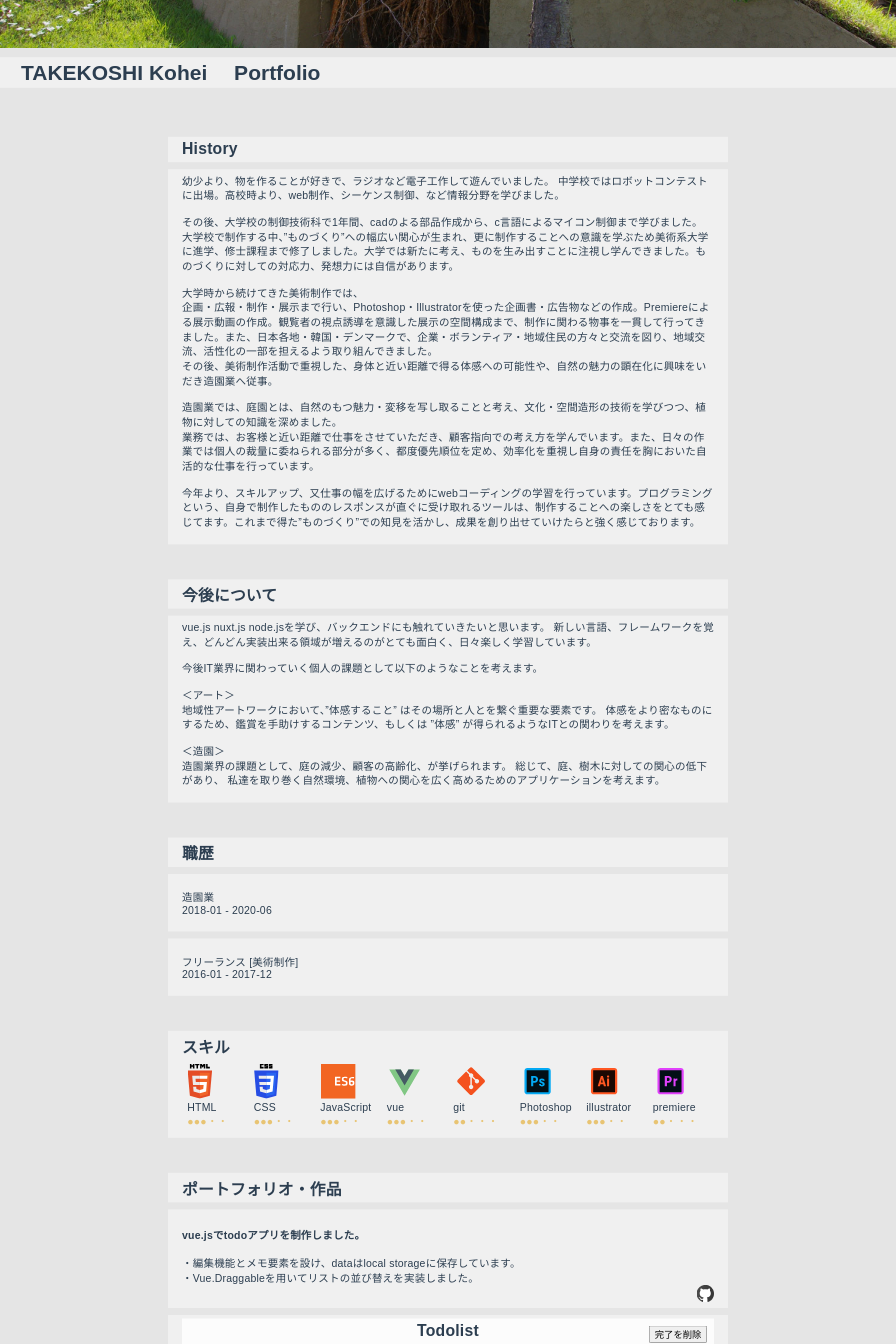
Repository: takeco/my-portfolio
Page: /
An editor plug-in stored every save of this project. The page is shown before and after the next save, followed by the edit.
The browser window is 1280 px wide. The pictures show the part of the page from y = 332 to 2252 px (the page is 3844 px tall before and 3861 px after), at 70% of full size.
The project was rebuilt for these pictures with package versions that can differ from the ones it lists, and the page was loaded fresh each time.

Above is the page before, as saved 2020-08-25 16:42:59.

### public/index.html
<!DOCTYPE html>
<html lang="jp">
  <head>
    <meta charset="utf-8" />
    <meta http-equiv="X-UA-Compatible" content="IE=edge" />
    <meta name="viewport" content="width=device-width,initial-scale=1.0" />
    <meta name="robots" content="noindex" />
    <link rel="icon" href="<%= BASE_URL %>favicon.ico" />
    <title><%= htmlWebpackPlugin.options.title %></title>
  </head>
  <body>
    <noscript>
      <strong
        >We're sorry but <%= htmlWebpackPlugin.options.title %> doesn't work
        properly without JavaScript enabled. Please enable it to
        continue.</strong
      >
    </noscript>
    <div id="app"></div>

    <!-- built files will be auto injected -->
  </body>
  <style></style>
</html>

### src/App.vue
<template>
  <div :class="$style.app">
    <MainContents></MainContents>
  </div>
</template>

<script>
import MainContents from "./components/MainContents";

export default {
  name: "App",
  components: {
    MainContents
  }
};
</script>

<style module>
.app {
  font-family: "游ゴシック体", YuGothic, "游ゴシック Medium", "Yu Gothic Medium",
    "游ゴシック", "Yu Gothic", "メイリオ", sans-serif;
  -webkit-font-smoothing: antialiased;
  -moz-osx-font-smoothing: grayscale;
  color: #2c3e50;
  background-color: #e5e5e5;
}
</style>

### src/components/MainContents.vue
<template>
  <div :class="$style.body">
    <nav>
      <!-- <ul>
        <li>
          <p>home</p>
        </li>
        <li>
          <p>History</p>
        </li>
        <li>
          <p></p>
        </li>
        <li>
          <p></p>
        </li>
        <li>
          <p></p>
        </li>
      </ul>-->
    </nav>
    <div>
      <img src="../../public/img/nirasaki-12.jpg" alt="artWorkPhoto" />
      <h1>
        <span>TAKEKOSHI Kohei</span>
        Portfolio
      </h1>
    </div>
    <section>
      <ul>
        <li>
          <h2>History</h2>
          <p>
            幼少より、物を作ることが好きで、ラジオなど電子工作して遊んでいました。
            中学校ではロボットコンテストに出場。高校時より、web制作、シーケンス制御、など情報分野を学びました。
            <br />
            <br />その後、大学校の制御技術科で1年間、cadのよる部品作成から、c言語によるマイコン制御まで学びました。
            <br />大学校で制作する中、”ものづくり”への幅広い関心が生まれ、更に制作することへの意識を学ぶため美術系大学に進学、修士課程まで修了しました。大学では新たに考え、ものを生み出すことに注視し学んできました。ものづくりに対しての対応力、発想力には自信があります。
            <br />
            <br />大学時から続けてきた美術制作では、
            <br />企画・広報・制作・展示まで行い、Photoshop・Illustratorを使った企画書・広告物などの作成。Premiereによる展示動画の作成。観覧者の視点誘導を意識した展示の空間構成まで、制作に関わる物事を一貫して行ってきました。また、日本各地・韓国・デンマークで、企業・ボランティア・地域住民の方々と交流を図り、地域交流、活性化の一部を担えるよう取り組んできました。
            <br />その後、美術制作活動で重視した、身体と近い距離で得る体感への可能性や、自然の魅力の顕在化に興味をいだき造園業へ従事。
            <br />
            <br />造園業では、庭園とは、自然のもつ魅力・変移を写し取ることと考え、文化・空間造形の技術を学びつつ、植物に対しての知識を深めました。
            <br />業務では、お客様と近い距離で仕事をさせていただき、顧客指向での考え方を学んでいます。また、日々の作業では個人の裁量に委ねられる部分が多く、都度優先順位を定め、効率化を重視し自身の責任を胸においた自活的な仕事を行っています。
            <br />
            <br />今年より、スキルアップ、又仕事の幅を広げるためにwebコーディングの学習を行っています。プログラミングという、自身で制作したもののレスポンスが直ぐに受け取れるツールは、制作することへの楽しさをとても感じてます。これまで得た”ものづくり”での知見を活かし、成果を創り出せていけたらと強く感じております。
            <br />
            <br />
          </p>
        </li>

        <li>
          <h2>今後について</h2>
          <p>
            vue.js nuxt.js
            node.jsを学び、バックエンドにも触れていきたいと思います。
            新しい言語、フレームワークを覚え、どんどん実装出来る領域が増えるのがとても面白く、日々楽しく学習しています。
            <br />
            <br />今後IT業界に関わっていく個人の課題として以下のようなことを考えます。
            <br />
            <br />＜アート＞
            <br />地域性アートワークにおいて、”体感すること”
            はその場所と人とを繋ぐ重要な要素です。
            体感をより密なものにするため、鑑賞を手助けするコンテンツ、もしくは
            ”体感” が得られるようなITとの関わりを考えます。
            <br />
            <br />＜造園＞
            <br />造園業界の課題として、庭の減少、顧客の高齢化、が挙げられます。
            総じて、庭、樹木に対しての関心の低下があり、
            私達を取り巻く自然環境、植物への関心を広く高めるためのアプリケーションを考えます。
            <br />
            <br />
          </p>
        </li>
        <li>
          <h2>職歴</h2>
          <p>
            <br />造園業
            <br />2018-01 - 2020-06
            <br />
            <br />
          </p>
          <p>
            <br />フリーランス [美術制作]
            <br />2016-01 - 2017-12
            <br />
            <br />
          </p>
        </li>
        <li>
          <div>
            <h2>スキル</h2>
            <ul>
              <li>
                <img src="../../public/img/html5.svg" alt />
                <p>HTML</p>
                <p>●●●・・</p>
              </li>
              <li>
                <img src="../../public/img/css3.svg" alt />
                <p>CSS</p>
                <p>●●●・・</p>
              </li>
              <li>
                <img src="../../public/img/es6.svg" alt />
                <p>JavaScript</p>
                <p>●●●・・</p>
              </li>
              <li>
                <img src="../../public/img/vue.svg" alt />
                <p>vue</p>
                <p>●●●・・</p>
              </li>
              <li>
                <img src="../../public/img/git.svg" alt />
                <p>git</p>
                <p>●●・・・</p>
              </li>
              <li>
                <img src="../../public/img/Photoshop.svg" alt />
                <p>Photoshop</p>
                <p>●●●・・</p>
              </li>
              <li>
                <img src="../../public/img/illustrator.svg" alt />
                <p>illustrator</p>
                <p>●●●・・</p>
              </li>
              <li>
                <img src="../../public/img/premiere.svg" alt />
                <p>premiere</p>
                <p>●●・・・</p>
              </li>
            </ul>
          </div>
        </li>
        <li>
          <h2>ポートフォリオ・作品</h2>
          <div>
            <h4>vue.jsでtodoアプリを制作しました。</h4>
            <p>
              ・編集機能とメモ要素を設け、dataはlocal
              storageに保存しています。
              <br />・Vue.Draggableを用いてリストの並び替えを実装しました。
            </p>
            <p>
              <a href="https://github.com/takeco/my-portfolio/tree/todolist" target="blank">
                <img src="../../public/img/github.svg" alt />
              </a>
            </p>
          </div>
          <TodoList></TodoList>
          <div>
            <h3>JavaScriptでtodoアプリを制作しました。</h3>
            <p>・ゴミ箱フォルダを実装し、サイドボタンで画面が切り替わるようにしています。</p>
            <ul>
              <li>
                <img src="../../public/img/jstodoapp1.png" alt />
              </li>
              <li>
                <img src="../../public/img/jstodoapp2.png" alt />
              </li>
            </ul>
            <p>
              <a href="https://takeco.github.io/js-todoApplication/" target="blank">サイトリンク</a>
              <a href="https://github.com/takeco/js-todoApplication" target="blank">
                <img src="../../public/img/github.svg" alt />
              </a>
            </p>
          </div>
          <div>
            <h3>サイト模写</h3>
            <p>html css を用いてWordPressデモサイトの模写を行いました。</p>
            <ul>
              <li>
                <img src="../../public/img/trace1.jpg" alt />
              </li>
              <li>
                <img src="../../public/img/trace2.jpg" alt />
              </li>
            </ul>
            <p>
              <a href="https://takeco.github.io/trace-site/" target="blank">トレース元</a>
              <a href="https://github.com/takeco/trace-site" target="blank">
                <img src="../../public/img/github.svg" alt />
              </a>
            </p>
          </div>
          <div>
            <h3>art work</h3>
            <ul>
              <li>
                <a href="https://takecocc.work/work/ube/" target="blank">
                  <img src="../../public/img/tree_of_ube_1_Copyright_Nobuo_Shimose.jpg" alt />
                  <p>宇部の木 tree of ube</p>
                </a>
                <p>in UBE Biennale</p>
              </li>
              <li>
                <a href="https://takecocc.work/work/shodoshima/" target="blank">
                  <img src="../../public/img/tree_of_shodosima_Copyright_Chukyo_Ozawa_-7.jpg" alt />
                  <p>小豆島の木 tree of shodosima</p>
                </a>
                <p>in Setouchi Triennale</p>
              </li>
              <li>
                <a href="https://takecocc.work/work/odense/" target="blank">
                  <img src="../../public/img/odense_tree-17.jpg" alt />
                  <p>Odense tree Underground sea</p>
                </a>
                <p>in Gæsteatelier Hollufgård</p>
              </li>
              <li>
                <a href="https://takecocc.work/work/nirasaki/ " target="blank">
                  <img src="../../public/img/nirasaki-12.jpg" alt />
                  <p>韮崎の木 Tree of Nirasaki</p>
                </a>
              </li>
            </ul>
            <p>
              <br />art workのportfoliosite
              <a
                href="https://takecocc.work/"
                target="blank"
              >https://takecocc.work/</a>
            </p>
          </div>
        </li>
      </ul>
    </section>
  </div>
</template>

<script>
import TodoList from "./TodoList";

export default {
  name: "App",
  components: {
    TodoList,
  },
};
</script>

<style module>
body,
ul,
li,
p,
span,
div,
h1,
h2,
h3 {
  padding: 0;
  margin: 0;
}
.body {
  width: 100%;
  font-size: 15px;
}
.body a {
  color: #000;
}
.body > div > img {
  width: 100%;
  height: 400px;
  object-fit: cover;
}
.body > div > h1 > span {
  padding: 0 30px 0 10px;
}

.body > section > ul {
  max-width: 800px;
  margin: 0 auto;
  list-style: none;
  word-wrap: break-word;
  padding: 10px;
}
.body > section > ul > li {
  letter-spacing: 0.02em;
  margin: 50px auto;
}
.body > section > ul > li > h2,
.body > section > ul > li > p,
.body > section > ul > li > ul,
.body > section > ul > li > div,
.body > div > h1 {
  background-color: #f0f0f0;
  padding: 5px 20px;
  margin: 10px 0;
}
.body > section > ul > li > div > ul {
  display: flex;
  flex-flow: row wrap;
  justify-content: space-around;
  align-items: flex-start;
  list-style: none;
  margin: 10px 0;
}
.body > section > ul > li:nth-of-type(4) > div > ul > li > p {
  width: 80px;
}
.body > section > ul > li:nth-of-type(4) > div > ul > li > p:nth-of-type(2) {
  color: #e8c473;
}
.body > section > ul > li:nth-of-type(4) > div > ul > li > img {
  height: 50px;
}
.body > section > ul > li > div > p > a {
  padding-left: 20px;
}
.body > section > ul > li:nth-of-type(5) > div > ul > li > img {
  width: 320px;
  height: 230px;
  margin: 10px 5px 20px 0;
}
.body > section > ul > li:nth-of-type(5) > div:last-child > ul > li > a > img {
  width: 300px;
  height: 200px;
  margin: 10px 0;
}
.body > section > ul > li:nth-of-type(5) > div:last-child > ul > li p {
  color: #797979;
  font-size: 12px;
}
.body > section > ul > li:nth-of-type(5) > div > p:last-child {
  color: #797979;
  font-size: 12px;
  text-align: right;
}
</style>

### src/components/TodoList.vue
<template>
  <div :class="$style.body">
    <header>
      <h1>Todolist</h1>
      <nav>
        <button @click="purge">完了を削除</button>
        <p>未完了({{ remaining.length }})</p>
      </nav>
    </header>
    <form @submit.prevent="addTodo">
      <input
        v-model="newTodo"
        type="text"
        placeholder="  入力       １５文字まで"
        maxlength="20"
      />
      <input type="submit" value="追加" />
    </form>
    <section>
      <draggable element="ul" v-if="todos.length">
        <li v-for="(todo, index) in todos" :key="todo.title">
          <input type="checkbox" v-model="todo.isDone" />

          <span :class="{[$style.done]: todo.isDone}">{{ todo.title }}</span>

          <img
            @click="deleteTodo(index)"
            src="../../public/img/dustBox.svg"
            :class="$style.dustBoxImg"
          />
          <form @submit.prevent>
            <input v-show="todo.editor" type="text" v-model="todo.title" />
            <button @click="todo.editor = !todo.editor">
              <span v-show="!todo.editor">編集</span>
              <span v-show="todo.editor">完了</span>
            </button>
          </form>
          <p>memo</p>
          <textarea
            type="text"
            placeholder="メモ"
            v-model="todo.memo"
          ></textarea>
        </li>
      </draggable>
      <ul v-else>
        <li>
          <span>買うものを入力</span>
        </li>
      </ul>
    </section>
  </div>
</template>

<script>
import draggable from "vuedraggable";

export default {
  data() {
    return {
      newTodo: "",
      memo: "",
      todos: [],
    };
  },
  watch: {
    todos: {
      handler() {
        localStorage.setItem("todos", JSON.stringify(this.todos));
      },
      deep: true,
    },
  },
  mounted() {
    this.todos = JSON.parse(localStorage.getItem("todos")) || [];
  },
  methods: {
    addTodo() {
      let item = {
        title: this.newTodo,
        isDone: false,
        editor: false,
        memo: this.memo,
      };
      this.todos.push(item);
      this.newTodo = "";
    },
    deleteTodo(index) {
      this.todos.splice(index, 1);
    },
    purge() {
      if (confirm("完了したものを削除します")) {
        this.todos = this.remaining;
      }
    },
  },
  computed: {
    remaining() {
      return this.todos.filter(function(todo) {
        return !todo.isDone;
      });
    },
  },
  components: {
    draggable,
  },
};
</script>

<style module>
/* width 400px未満 */

.body {
  margin: 0;
  display: flex;
  flex-flow: column nowrap;
  justify-content: center;
  padding: 20px;
}
.body > header {
  background-color: rgba(255, 255, 255, 0.8);
}
.body > header > h1 {
  text-align: center;
  padding: 5px 0 35px 0;
}
.body > header > nav {
  text-align: right;
}
.body > form {
  text-align: center;
  padding: 20px 0;
}
.body > form > input:first-of-type {
  width: 60%;
  height: 20px;
}
.body > section {
  background-color: rgba(255, 255, 255, 0.8);
}

.dustBoxImg {
  width: 20px;
  margin: 0 auto;
  cursor: pointer;
}
.body > section > ul {
  list-style: none;
  max-width: 600px;
  word-wrap: break-word;
  width: 80%;
  margin: 0 auto;
}
.body > section > ul > li {
  border-bottom: solid 1px #bbb;
  padding: 10px 0;
  display: grid;
  grid-template:
    "checkbox todoName dustBox" 30px
    "edit     edit     edit   " 30px
    "    .    memo        .   " auto
    / 50px 1fr 50px;
}
.body > section > ul > li > input:first-of-type {
  grid-area: checkbox;
  height: 40px;
}
.body > section > ul > li > span:first-of-type {
  padding-left: 5px;
  grid-area: todoName;
  word-wrap: anywhere;
  font-weight: 600;
}
.body > section > ul > li > img:first-of-type {
  grid-area: dustBox;
}
.body > section > ul > li > form {
  grid-area: edit;
  text-align: right;
}
.body > section > ul > li > textarea {
  grid-area: memo;
  overflow-wrap: anywhere;
}
.body > section > ul > li > form > input {
  line-height: 20px;
}

.body > section > ul > li > span.done {
  text-decoration: line-through;
  color: #bbb;
}

/* width 800px未満 */
@media (min-width: 400px) {
  .body > header {
    position: relative;
    background-color: rgba(255, 255, 255, 0.8);
  }
  .body > header > nav {
    position: absolute;
    text-align: right;
    right: 10px;
    top: 10px;
  }
}

/* width 850px以上 */
@media (min-width: 850px) {
  .body {
    width: 760px;
    margin: 0 auto;
  }
}
</style>

Loaded but not shown: src/main.js (common file)

After the next save:
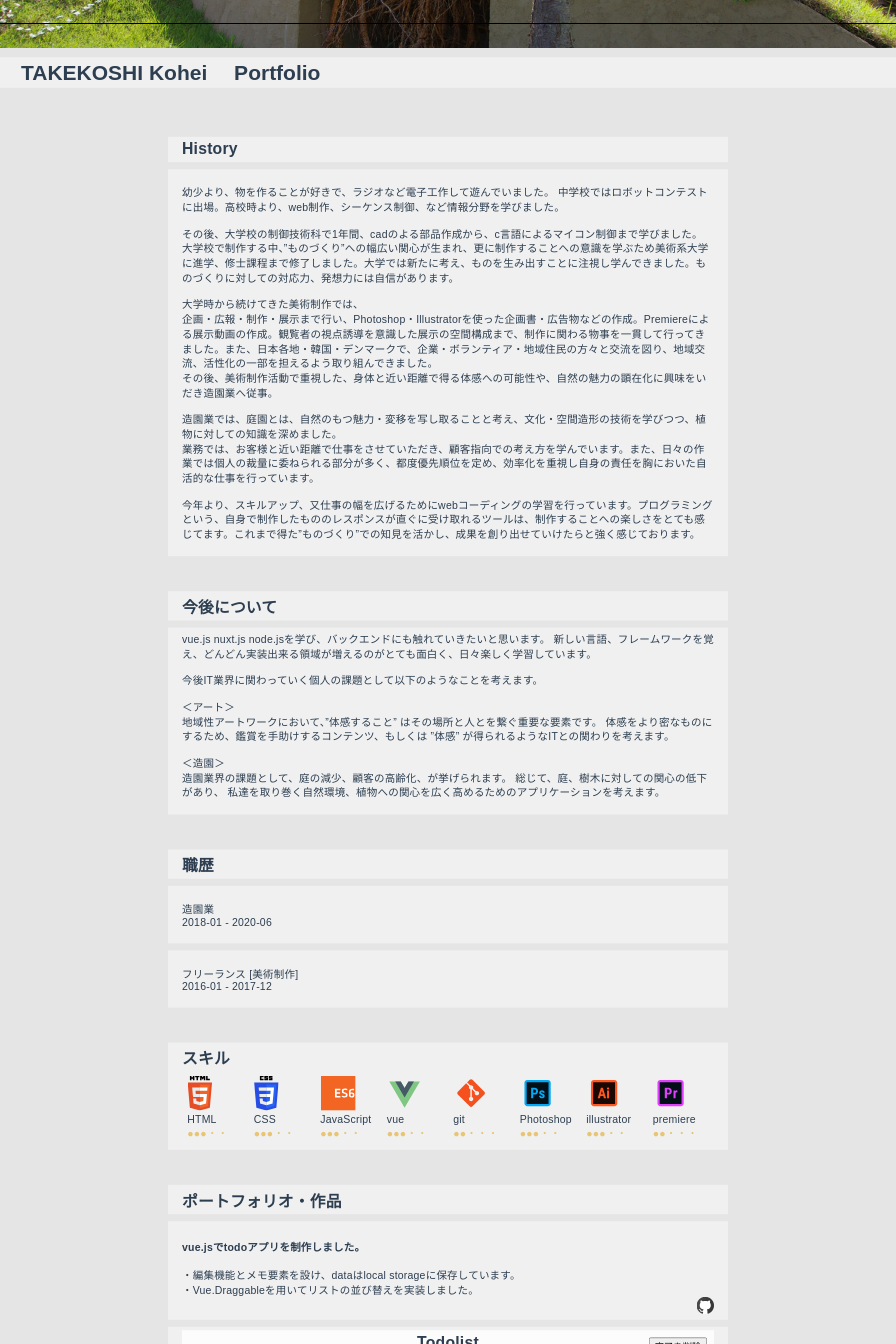
Saved 5 s later.
--- a/src/components/MainContents.vue
+++ b/src/components/MainContents.vue
@@ -31,7 +31,7 @@
         <li>
           <h2>History</h2>
           <p>
-            幼少より、物を作ることが好きで、ラジオなど電子工作して遊んでいました。
+            <br />幼少より、物を作ることが好きで、ラジオなど電子工作して遊んでいました。
             中学校ではロボットコンテストに出場。高校時より、web制作、シーケンス制御、など情報分野を学びました。
             <br />
             <br />その後、大学校の制御技術科で1年間、cadのよる部品作成から、c言語によるマイコン制御まで学びました。

After the save that followed:
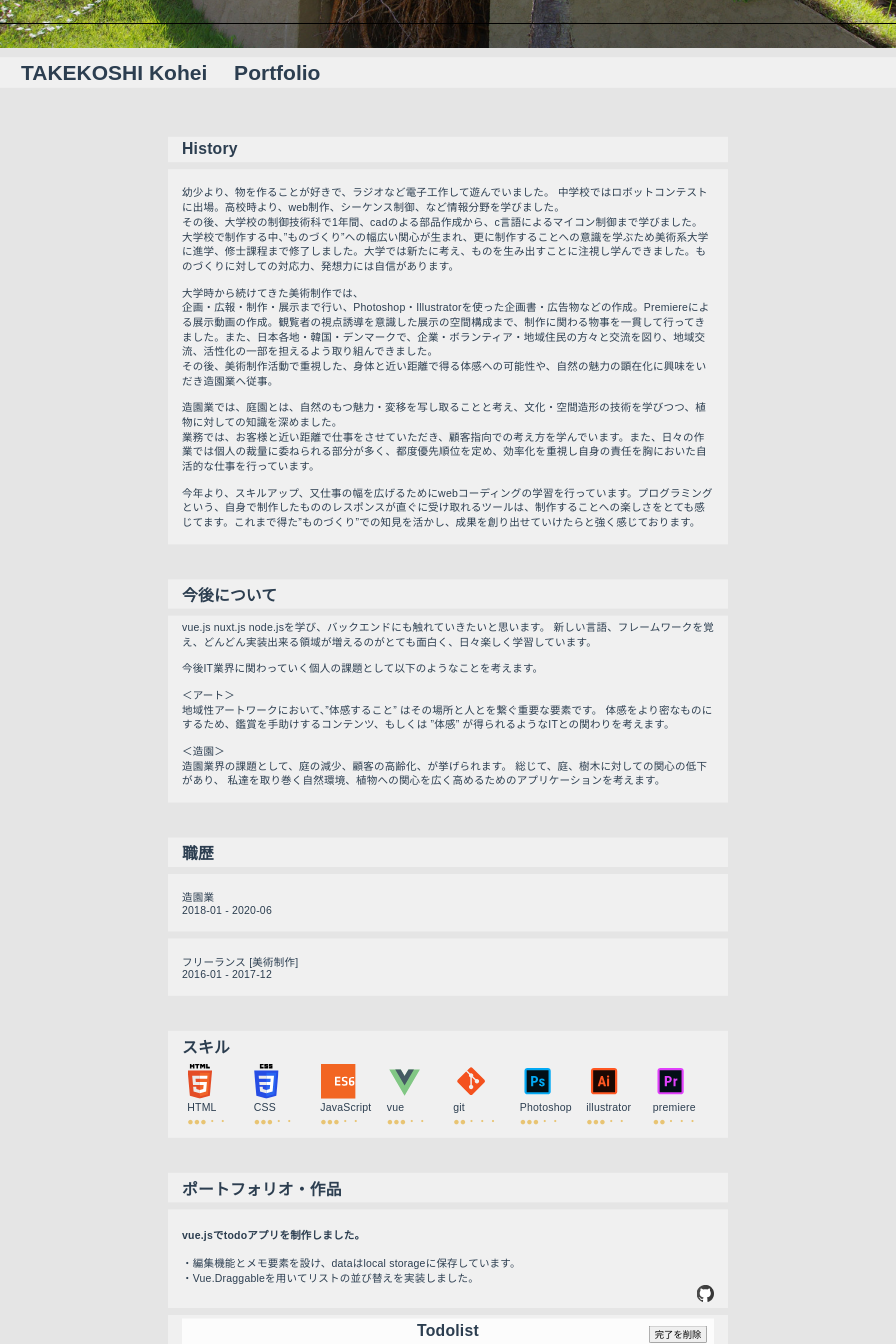
Saved 30 s later.
--- a/src/components/MainContents.vue
+++ b/src/components/MainContents.vue
@@ -33,7 +33,7 @@
           <p>
             <br />幼少より、物を作ることが好きで、ラジオなど電子工作して遊んでいました。
             中学校ではロボットコンテストに出場。高校時より、web制作、シーケンス制御、など情報分野を学びました。
-            <br />
+
             <br />その後、大学校の制御技術科で1年間、cadのよる部品作成から、c言語によるマイコン制御まで学びました。
             <br />大学校で制作する中、”ものづくり”への幅広い関心が生まれ、更に制作することへの意識を学ぶため美術系大学に進学、修士課程まで修了しました。大学では新たに考え、ものを生み出すことに注視し学んできました。ものづくりに対しての対応力、発想力には自信があります。
             <br />
